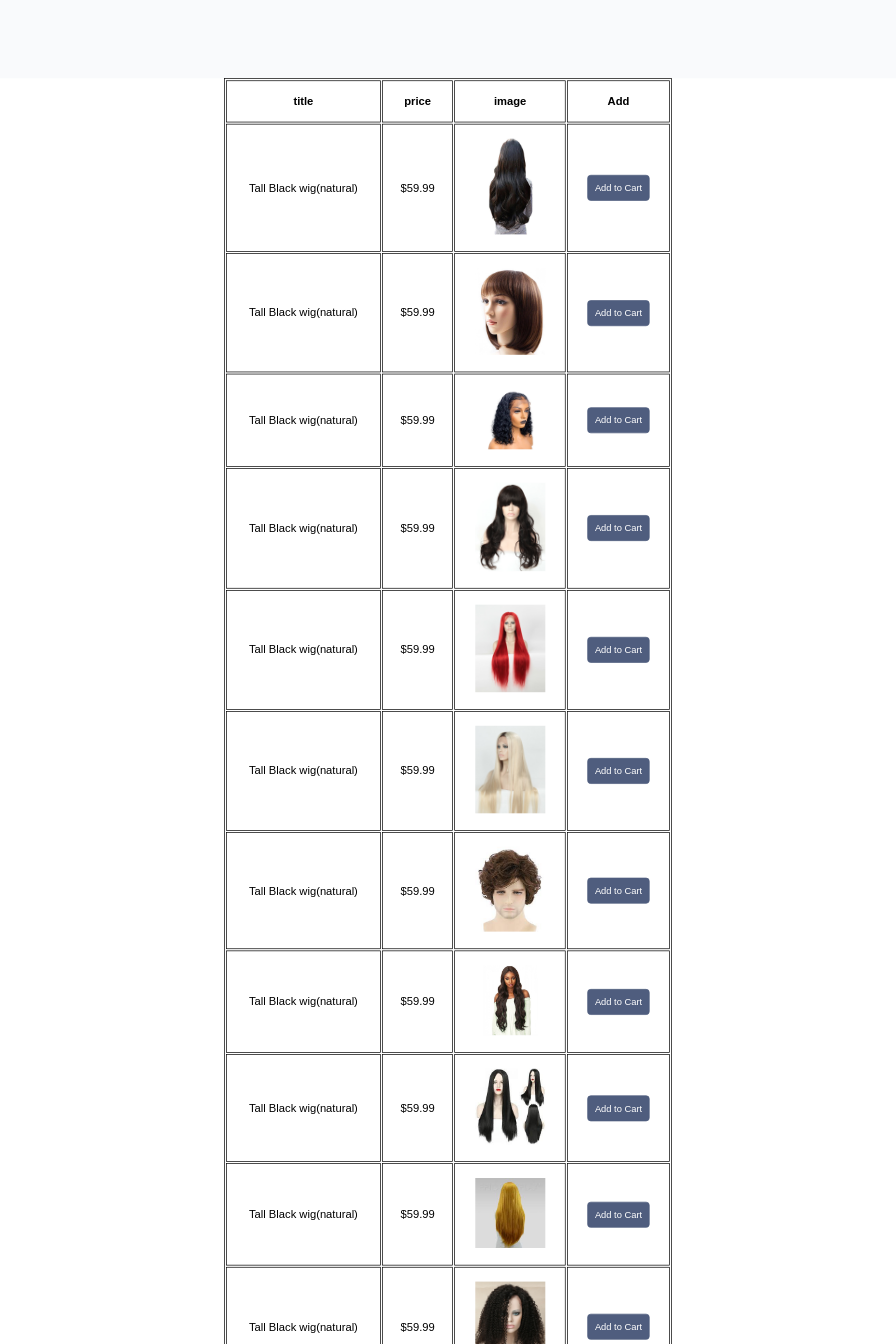
Repository: Zzero202/Zzero202
Page: index.html
The author's editor kept a copy of each file at every save. The page is drawn from the files as they stood at one save, then again after the next save.
The browser window is 1280 px wide. The pictures show the part of the page from y = 2817 to 4737 px (the page is 5025 px tall), at 70% of full size.
A picture or video elsewhere on the page could not be fetched, so the positions and the page height are approximate.

Above is the page before, as saved 2021-12-09 01:52:54.

After the next save:
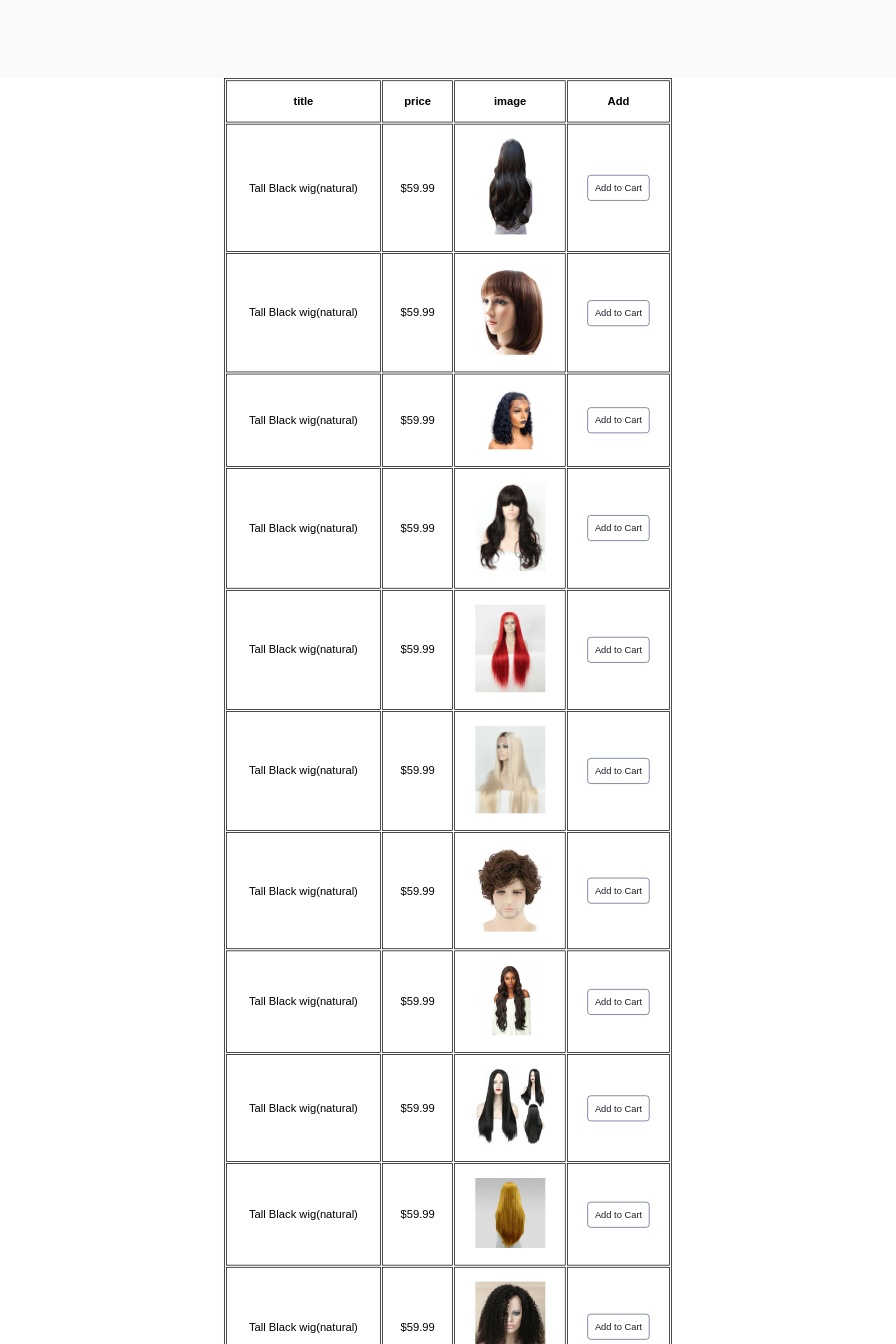
Saved 20 s later.
--- a/index.html
+++ b/index.html
@@ -727,10 +727,8 @@
   }
   table tr td button{
     border:1px solid #4f5d7e;
-    background:#4f5d7e;
-    border-radius: 5px;
-    padding:10px;
-    color:#fff;
+    background:transparent;
+    color:#1e212d;
 
   }
 </style>

After the save that followed:
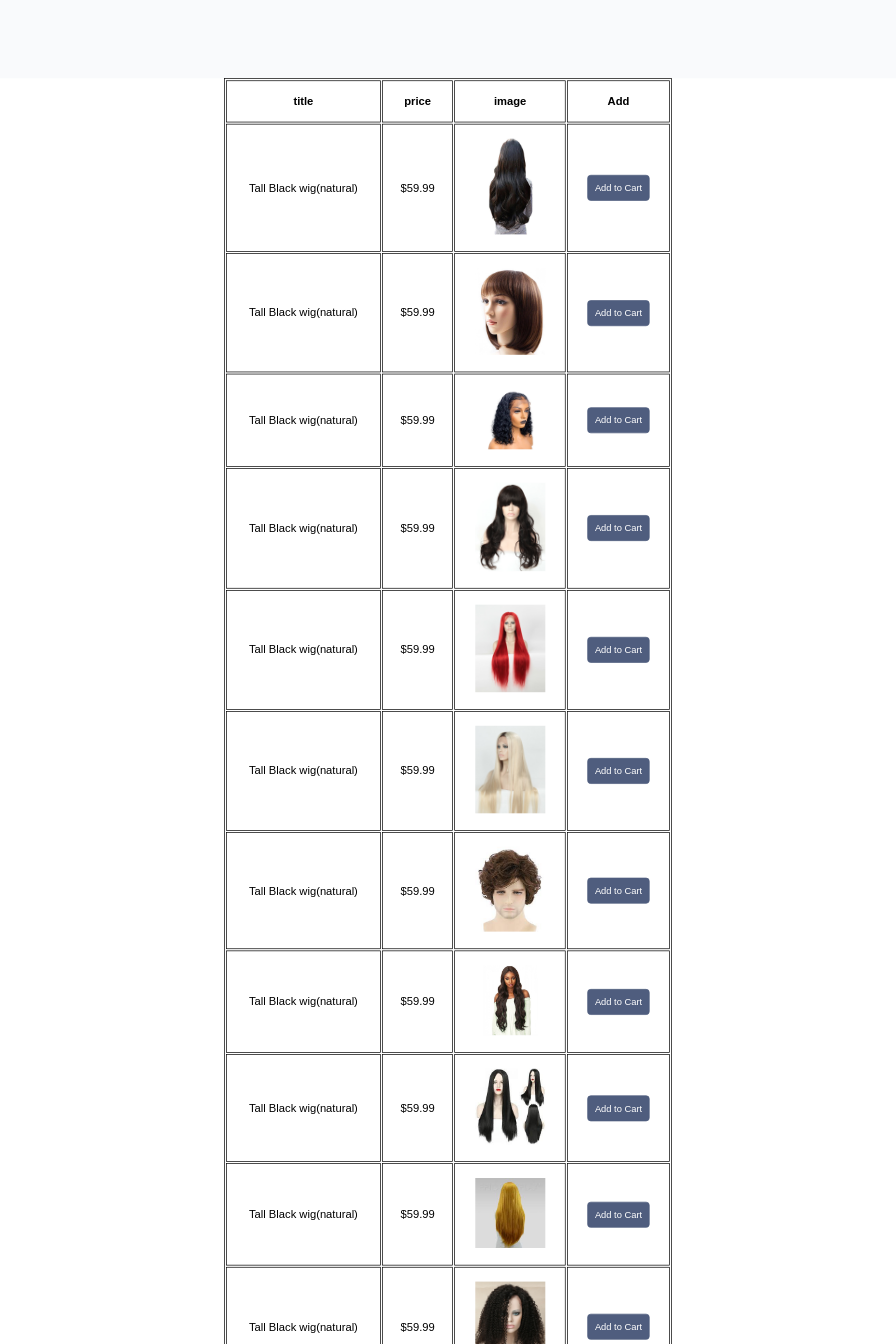
Saved 5 s later.
--- a/index.html
+++ b/index.html
@@ -725,7 +725,7 @@
     transition: all .2s;
 
   }
-  table tr td button{
+  table tr td button:hover{
     border:1px solid #4f5d7e;
     background:transparent;
     color:#1e212d;
